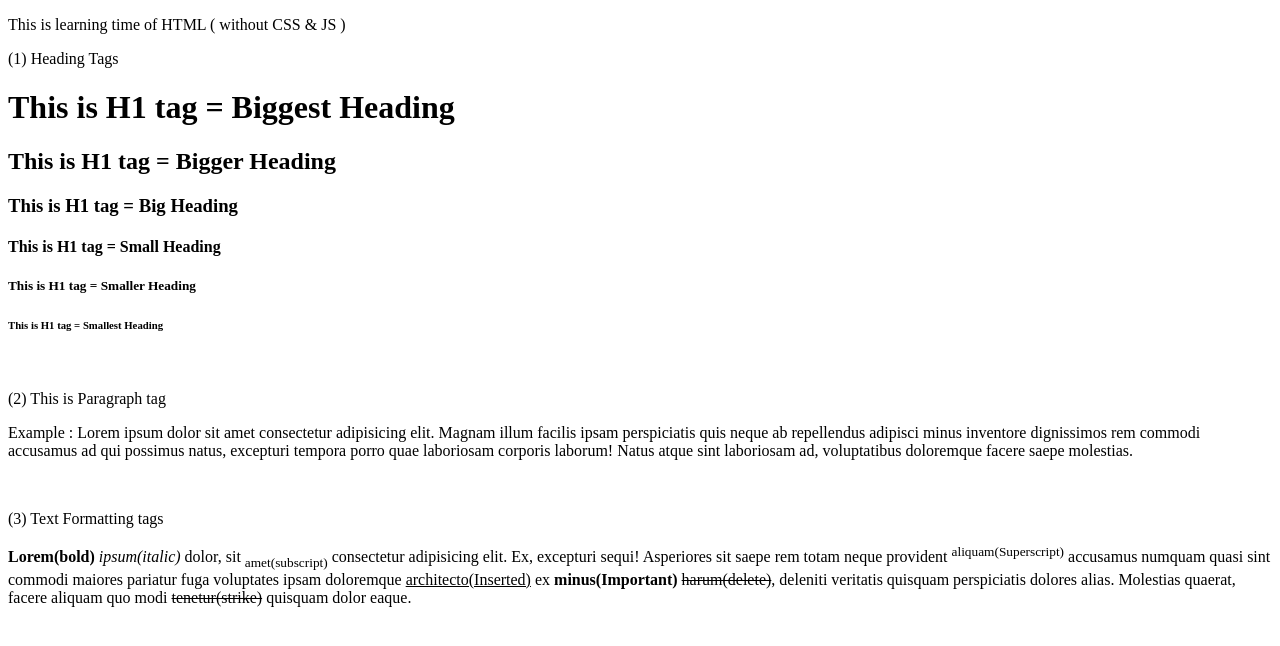
Repository: diptods/Frontend-in-60-DAYS
Page: Day01/learning/learn.html
The author's editor kept a copy of each file at every save. The page is drawn from the files as they stood at one save, then again after the next save.
The browser window is 1280 px wide. The pictures show the whole page.

Above is the page before, as saved 2026-05-28 11:51:35.

After the next save:
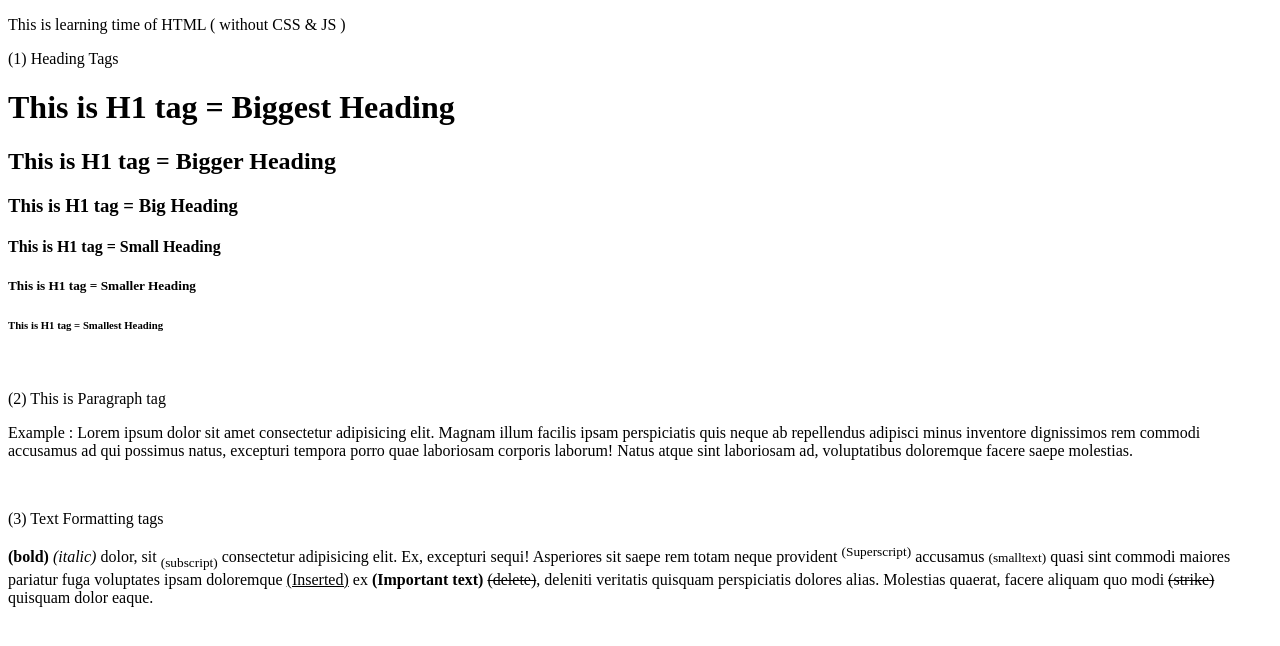
Saved 88 s later.
--- a/Day01/learning/learn.html
+++ b/Day01/learning/learn.html
@@ -24,10 +24,10 @@
         saepe molestias.</p>
     <br>
     <p>(3) Text Formatting tags</p>
-    <p><b>Lorem(bold)</b> <i>ipsum(italic)</i> dolor, sit <sub>amet(subscript)</sub> consectetur adipisicing elit. Ex, excepturi sequi! Asperiores sit saepe rem totam
-        neque provident <sup>aliquam(Superscript)</sup> accusamus numquam quasi sint commodi maiores pariatur fuga voluptates ipsam doloremque
-        <ins>architecto(Inserted)</ins> ex <strong>minus(Important)</strong> <del>harum(delete)</del>, deleniti veritatis quisquam perspiciatis dolores alias. Molestias quaerat, facere
-        aliquam quo modi <strike>tenetur(strike)</strike> quisquam dolor eaque.</p>
+    <p><b>(bold)</b> <i>(italic)</i> dolor, sit <sub>(subscript)</sub> consectetur adipisicing elit. Ex, excepturi sequi! Asperiores sit saepe rem totam
+        neque provident <sup>(Superscript)</sup> accusamus <small>(smalltext)</small> quasi sint commodi maiores pariatur fuga voluptates ipsam doloremque
+        <ins>(Inserted)</ins> ex <strong>(Important text)</strong> <del>(delete)</del>, deleniti veritatis quisquam perspiciatis dolores alias. Molestias quaerat, facere
+        aliquam quo modi <strike>(strike)</strike> quisquam dolor eaque.</p>
 </body>
 
 </html>
